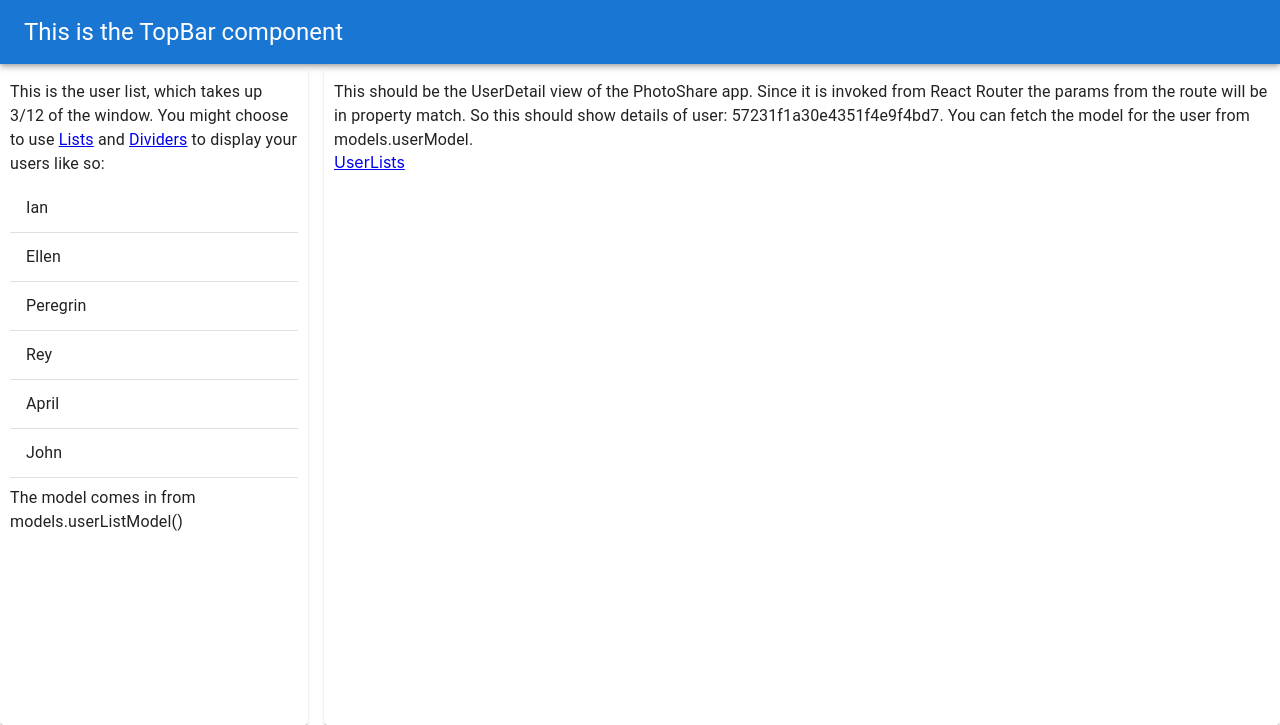
Repository: Trung0810/photo-sharing-v1
Page: /users/57231f1a30e4351f4e9f4bd7
The author's editor kept a copy of each file at every save. The page is drawn from the files as they stood at one save, then again after the next save.
The browser window is 1280 px wide. The pictures show the whole page.
The project was rebuilt for these pictures with package versions that can differ from the ones it lists, and the page was loaded fresh each time. Also part of the build but not shown: src/modelData/models.js, src/components/UserPhotos/index.jsx.

Above is the page before, as saved 2026-04-04 13:51:03.

After the next save:
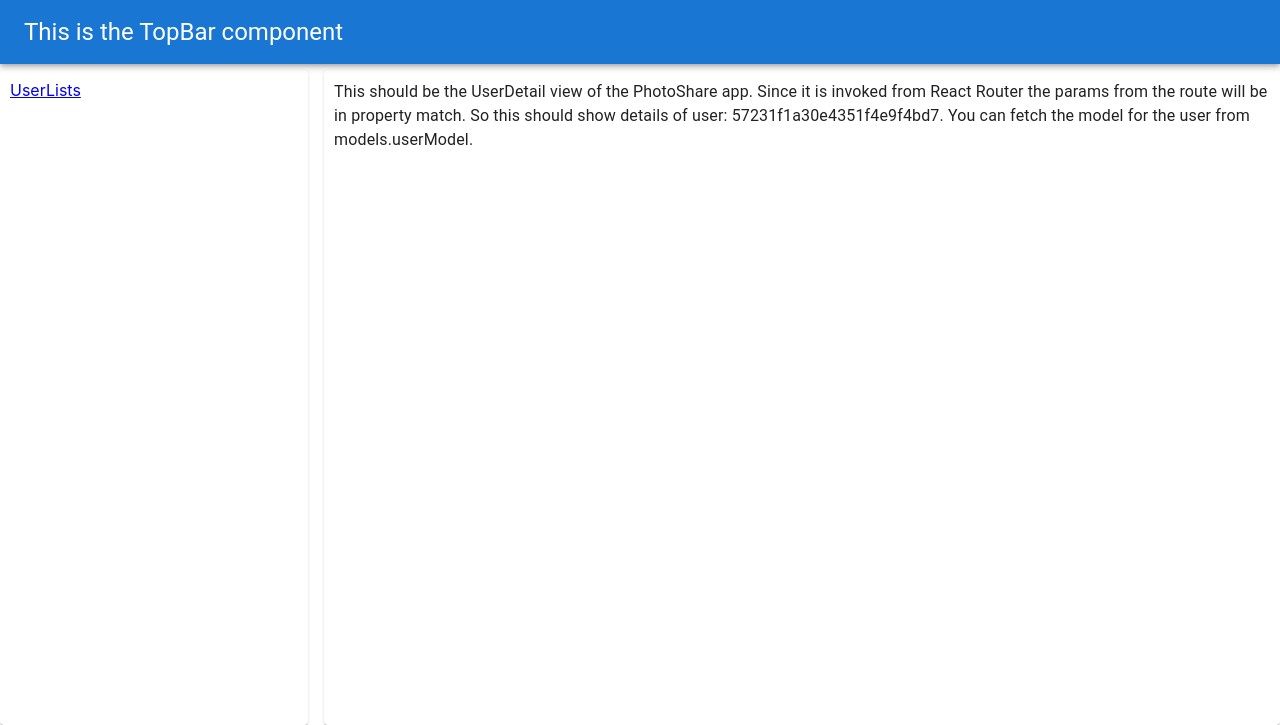
Saved 28 s later.
--- a/src/App.js
+++ b/src/App.js
@@ -20,7 +20,7 @@ const App = (props) => {
           <div className="main-topbar-buffer" />
           <Grid item sm={3}>
             <Paper className="main-grid-item">
-              <UserList />
+              <Link to="/users">UserLists</Link>
             </Paper>
           </Grid>
           <Grid item sm={9}>
@@ -30,7 +30,6 @@ const App = (props) => {
                 <Route path="/photos/:userId" element={<UserPhotos />} />
                 <Route path="/users" element={<UserList />} />
               </Routes>
-              <Link to="/users">UserLists</Link>
             </Paper>
           </Grid>
         </Grid>
